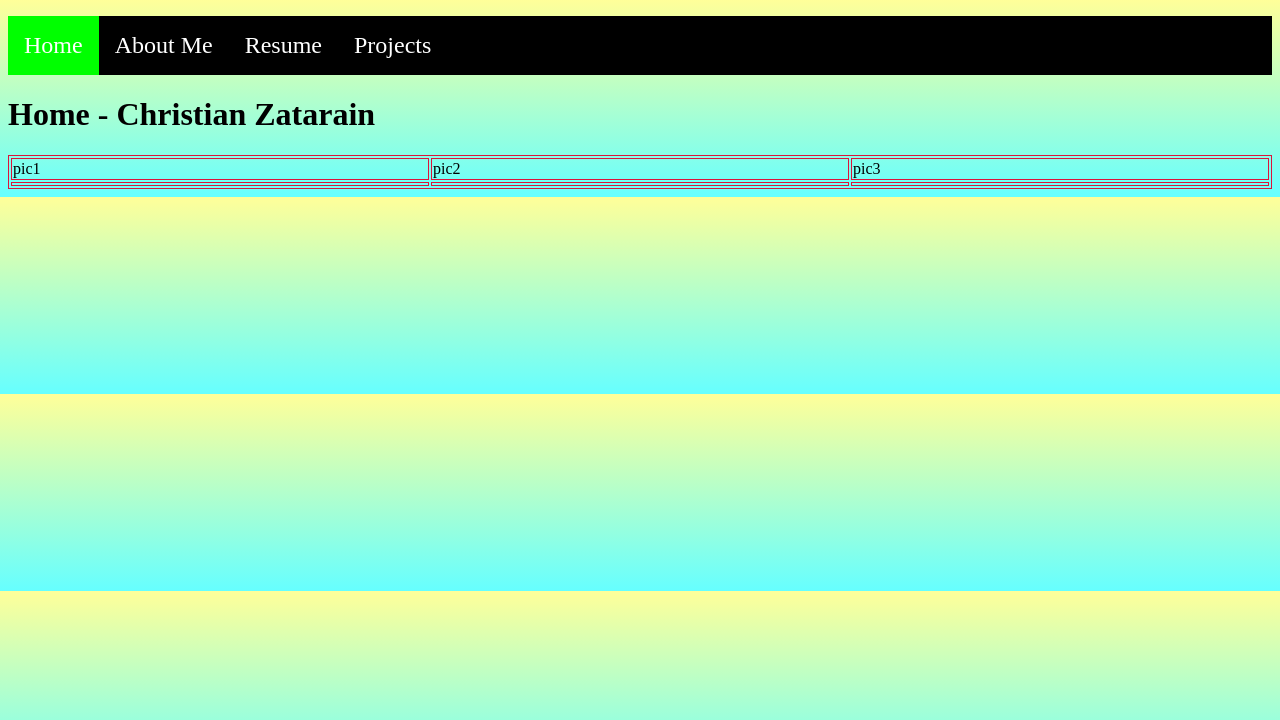
Repository: Zatarain10/Zatarain10.github.io
Page: index.html
The author's editor kept a record of every edit. The page is drawn from the files as they stood at one moment, then again after the next edit.
The browser window is 1280 px wide. The pictures show the whole page.

Above is the page before.

After the next edit:
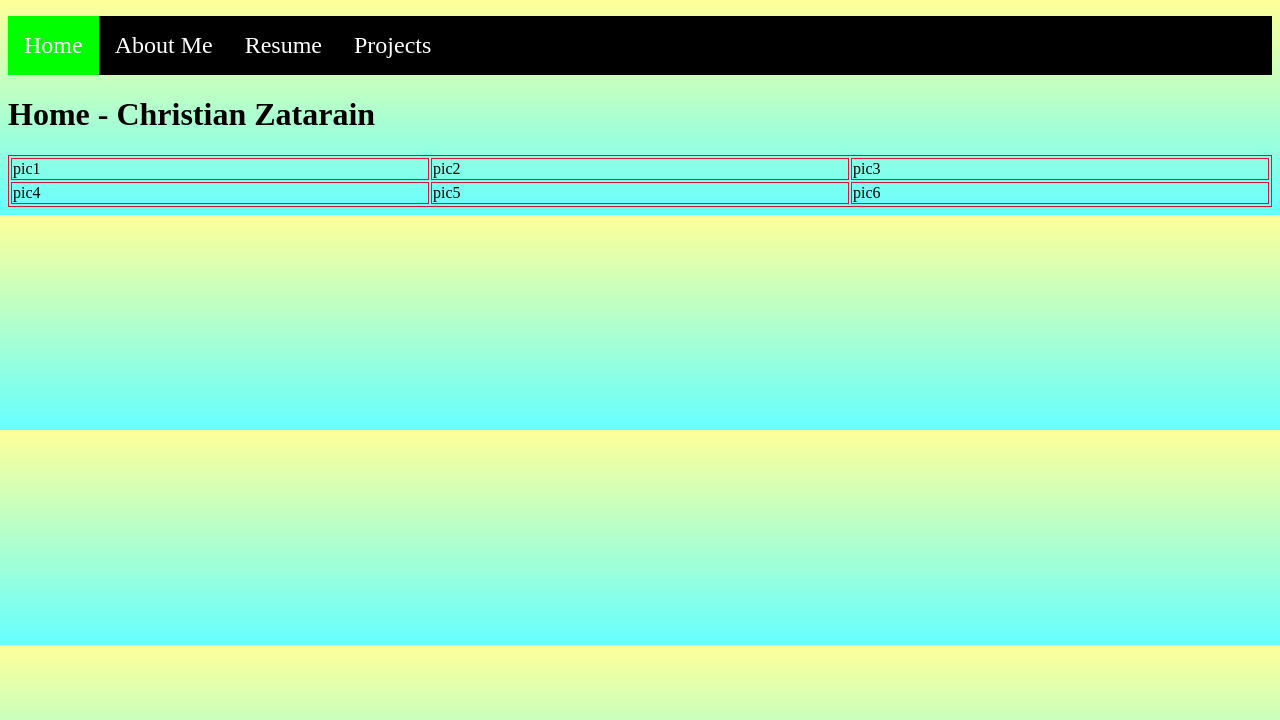
The edit:
--- a/index.html
+++ b/index.html
@@ -29,9 +29,9 @@
                 <td>pic3</td>
             </tr>
             <tr>
-                <td></td>
-                <td></td>
-                <td></td>
+                <td>pic4</td>
+                <td>pic5</td>
+                <td>pic6</td>
             </tr>
         </table>
 
